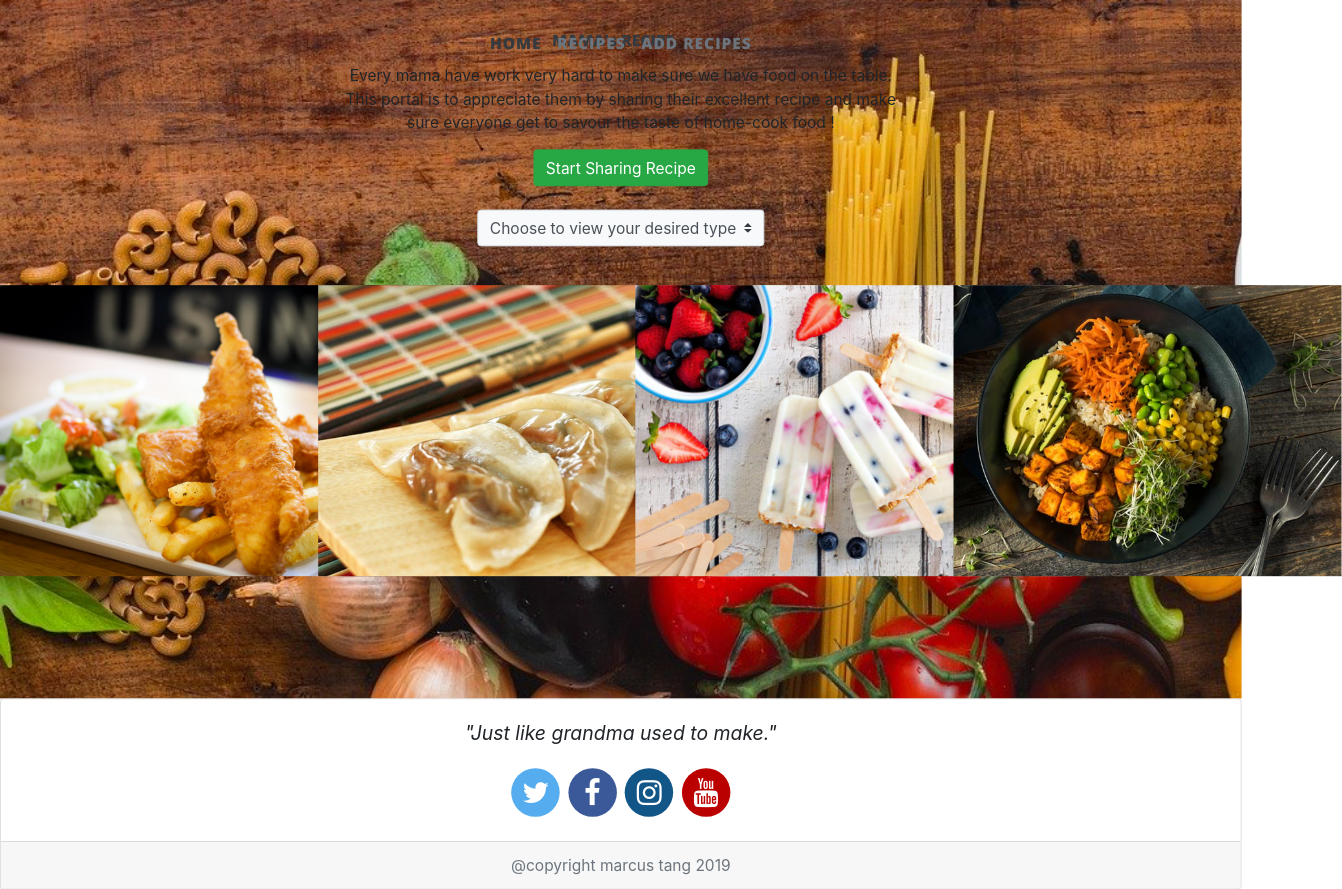
Repository: marstangg/mamasrecipes
Page: templates/index.html
The author's editor kept a record of every edit. The page is drawn from the files as they stood at one moment, then again after the next edit.
The browser window is 1280 px wide. The page is 1383 px wide, so the pictures cover 1383 px, including what lies to the right of the window. The pictures show the whole page, at 97% of full size.
Some web libraries are served in a nearby version. The template is drawn by Flask 3. The application's start-up code is not run. The template is opened directly, without the code that normally fills it, so the values that code supplies are empty.

Above is the page before.

After the next edit:
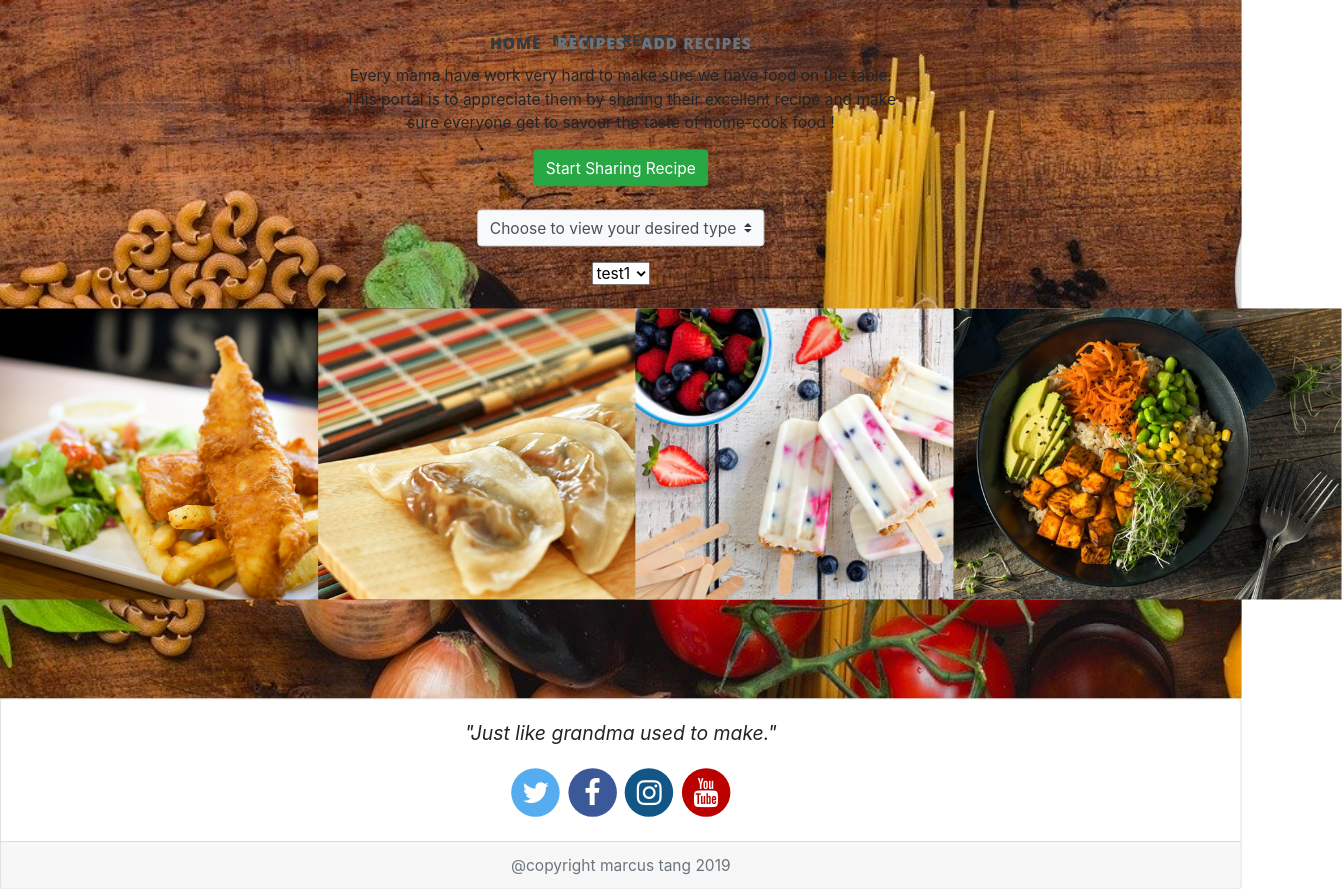
The edit:
--- a/templates/index.html
+++ b/templates/index.html
@@ -21,6 +21,11 @@
         </select>
       </div>
       </form>
+
+      <select onchange ="if (this.value)window.location.href=this.value">
+          <option value="/recipe_search">test1<option>
+          <option value="/recipe_search">test2<option>
+      </select>
     </div>
 
     </div>

After the 5 edits that followed:
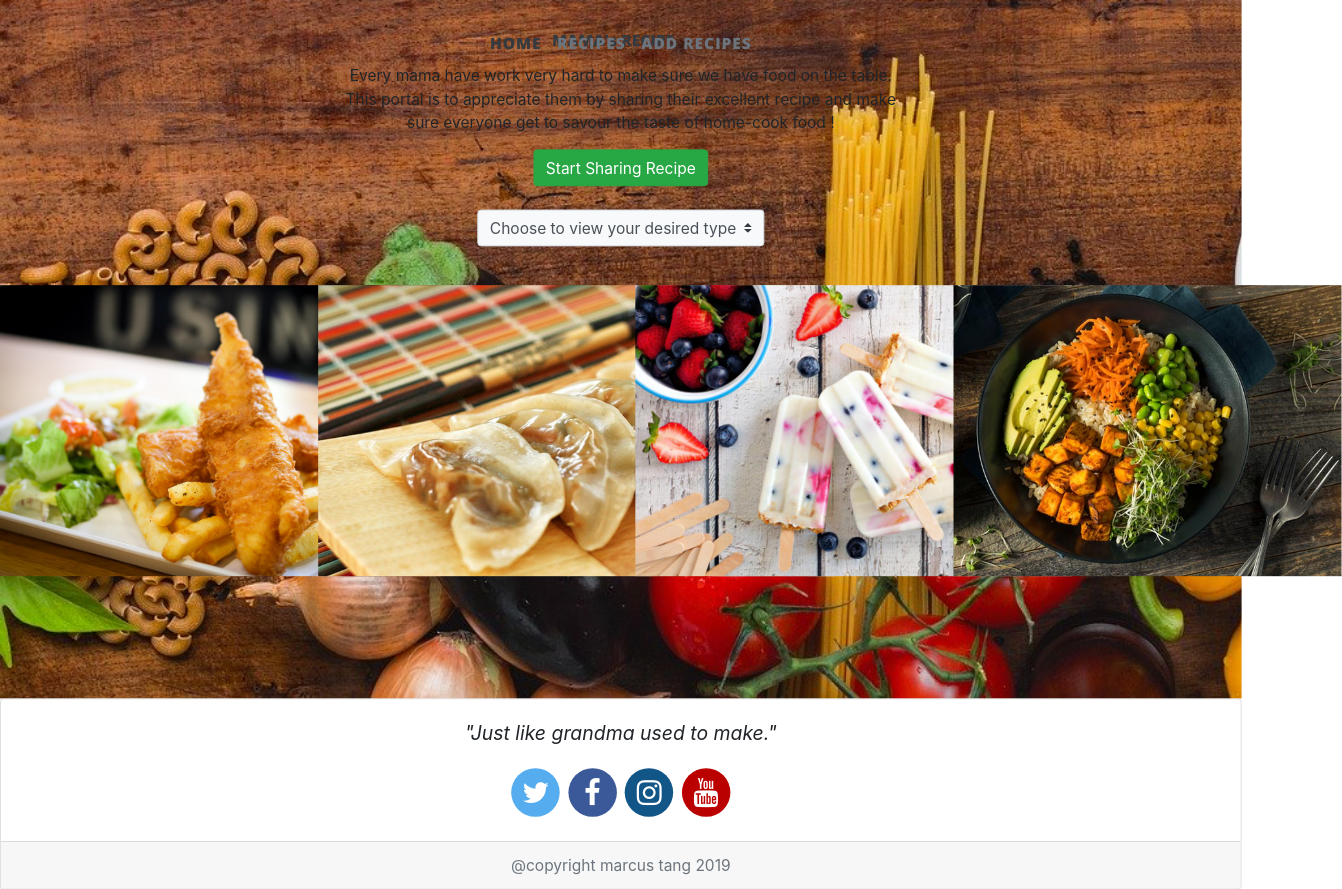
The 5 edits are shown as one change because 4 left the picture as it was.
The edit:
--- a/templates/index.html
+++ b/templates/index.html
@@ -11,21 +11,16 @@
 
       <form>
       <div class='form-group mt-4'>
-        <select class='custom-select w-50 bg-light' id='search-tag' name="search-tag">
+        <select class='custom-select w-50 bg-light' name="search-tag"  onchange ="if (this.value)window.location.href=this.value">
           <option class=''bg-danger value="">Choose to view your desired type of cusine</option>
-          <option value="all"><a href="{{url_for('recipes')}}"></a>All recipes</option>
-          <option value="chinese">Chinese</option>
-          <option value="indian">Indian</option>
-          <option value="malay">Malay</option>
-          <option value="western">Western</option>
+          <option value="/recipe_search/all">All recipes</option>
+          <option value="/recipe_search/chinese">Chinese</option>
+          <option value="/recipe_search/indian">Indian</option>
+          <option value="/recipe_search/malay">Malay</option>
+          <option value="/recipe_search/western">Western</option>
         </select>
       </div>
       </form>
-
-      <select onchange ="if (this.value)window.location.href=this.value">
-          <option value="/recipe_search">test1<option>
-          <option value="/recipe_search">test2<option>
-      </select>
     </div>
 
     </div>
